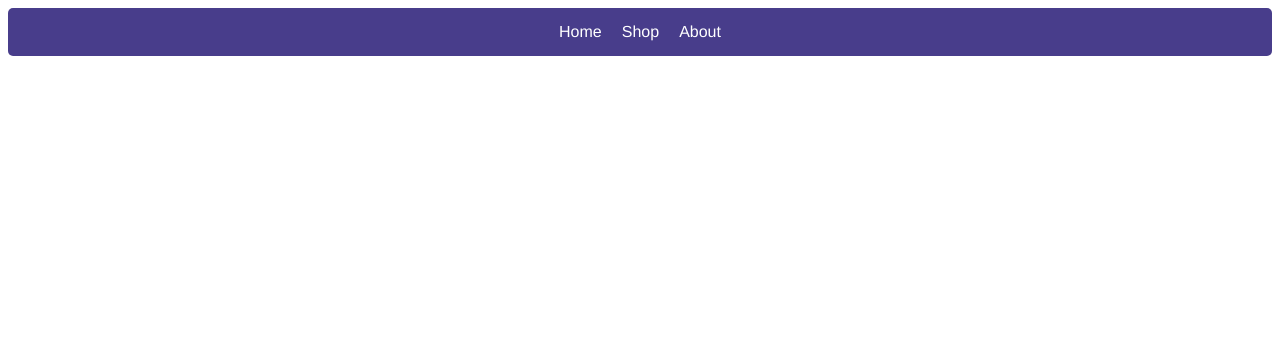
Repository: jy0813/Function
Page: / (app in function/)
These files come from the project's save history. The page is drawn as it stood at one moment and after the next save; the edit follows.
The browser window is 1280 px wide. The pictures show the whole page.
The project was rebuilt for these pictures with package versions that can differ from the ones it lists, and the page was loaded fresh each time.

Above is the page before, as saved 2022-02-23 14:51:30.

### function/src/App.vue
<template>
<div class="menu">
  <a v-for="(item, i) in menu" :key="'item' + i">{{item}}</a>
  </div>
<div v-for="(item, k) in room" :key="'item' + k">
  <h4></h4>
  <p></p>
</div>
</template>

<script>


export default {
  name: 'App',
  data() {
    return {
      menu:['Home','Shop','About'],
      room:[
        {
          address:'군자동',
          price:'1200000000',
        },
        {
          address:'장안동',
          price:'1500000000',
        },
        {
          address:'화양동',
          price:'1000000000',
        }
      ]
    }
  },
   methods: {
    numSet(val) {
      if (!val) return (val = '');
      return val.toString().replace(/\B(?=(\d{3})+(?!\d))/g, ',');
    },
   }
}
</script>

<style>
#app {
  font-family: Avenir, Helvetica, Arial, sans-serif;
  -webkit-font-smoothing: antialiased;
  -moz-osx-font-smoothing: grayscale;
  text-align: center;
  color: #2c3e50;
}

.menu {
  background: darkslateblue;
  padding: 15px;
  border-radius: 5px;
}

.menu a {
  color:white;
  padding:10px;
}


</style>

Loaded but not shown: function/public/index.html (common file); function/src/main.js (common file)

After the next save:
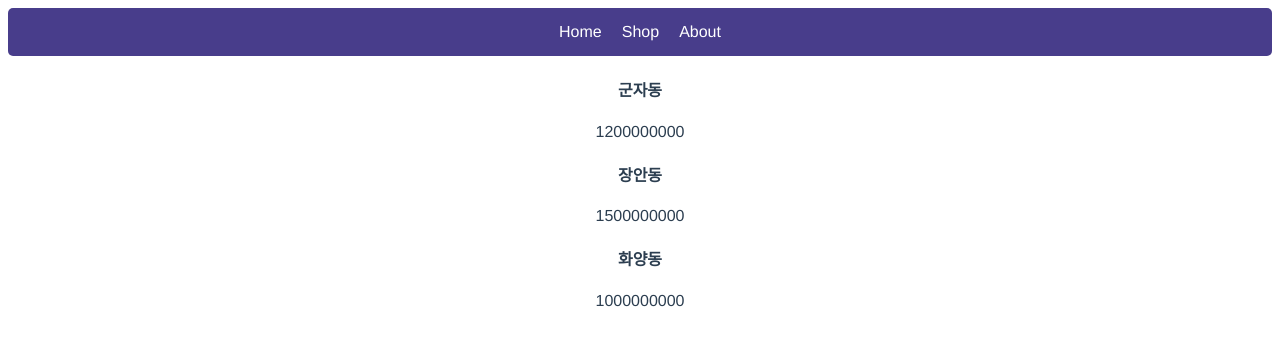
Saved 28 s later.
--- a/function/src/App.vue
+++ b/function/src/App.vue
@@ -3,8 +3,8 @@
   <a v-for="(item, i) in menu" :key="'item' + i">{{item}}</a>
   </div>
 <div v-for="(item, k) in room" :key="'item' + k">
-  <h4></h4>
-  <p></p>
+  <h4>{{item.address}}</h4>
+  <p>{{item.price}}</p>
 </div>
 </template>
 
